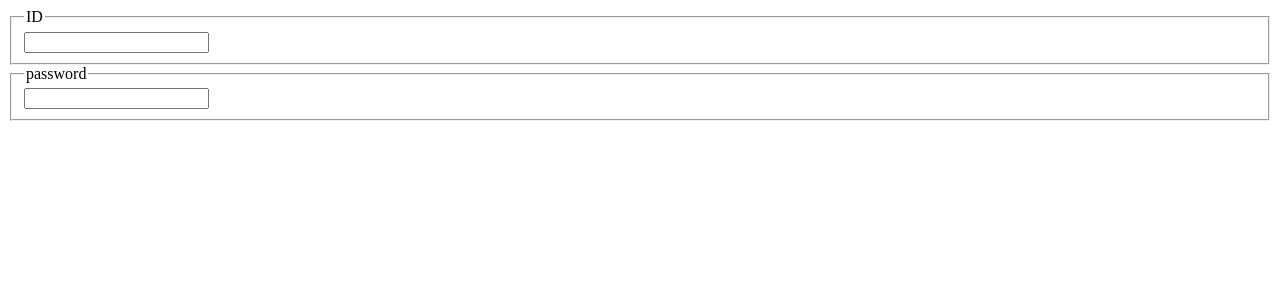
Repository: mireu930/Serverlet_App
Page: src/build/classes/webapp/template/sample_form.html
The author's editor kept a copy of each file at every save. The page is drawn from the files as they stood at one save, then again after the next save.
The browser window is 1280 px wide. The pictures show the whole page.

Above is the page before, as saved 2025-02-07 16:06:59.

After the next save:
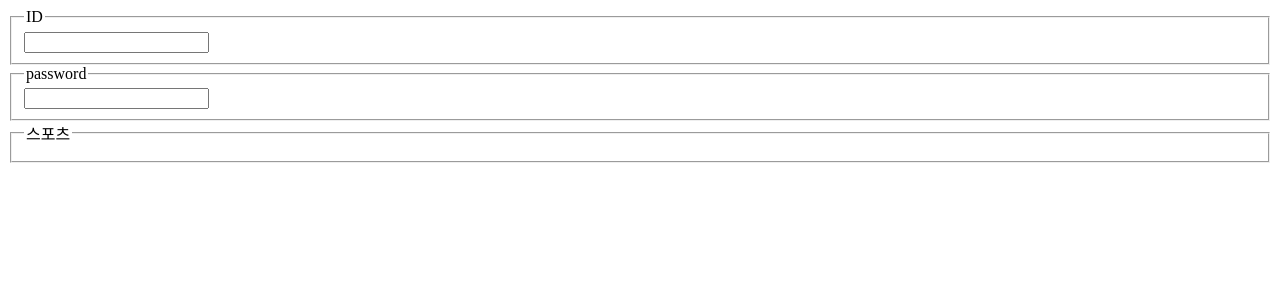
Saved 73 s later.
--- a/src/build/classes/webapp/template/sample_form.html
+++ b/src/build/classes/webapp/template/sample_form.html
@@ -16,6 +16,11 @@
       <input type = "password">
 
     </fieldset>
+    <fieldset>
+      <legend>
+        스포츠
+      </legend>
+    </fieldset>
   </form>
 </body>
 </html>
